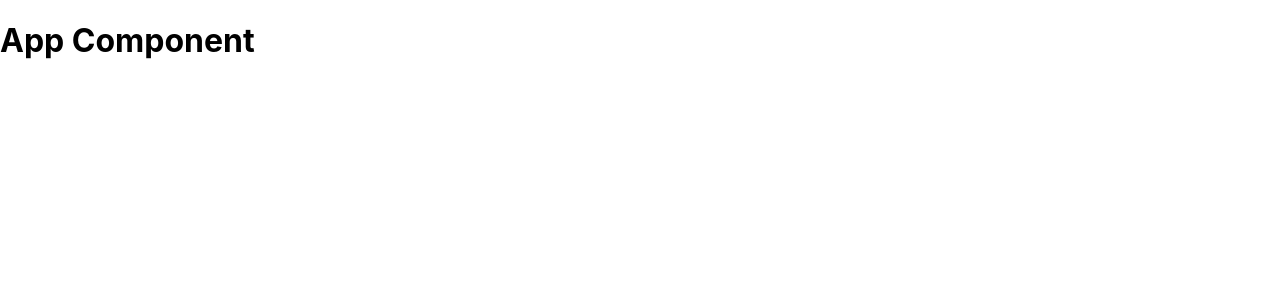
Repository: rizwan-zafar/boxers
Page: /
The author's editor kept a copy of each file at every save. The page is drawn from the files as they stood at one save, then again after a run of saves.
The browser window is 1280 px wide. The pictures show the whole page.
The project was rebuilt for these pictures with package versions that can differ from the ones it lists, and the page was loaded fresh each time.

Above is the page before, as saved 2022-11-22 07:41:33.

After the next 2 saves:
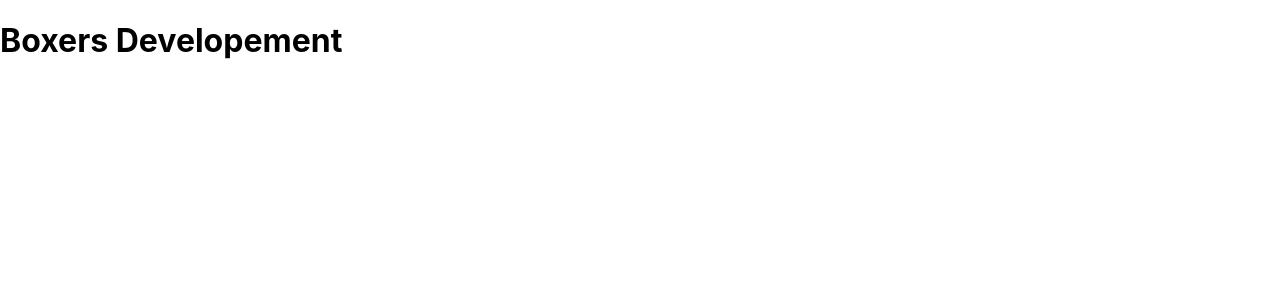
The 2 saves are shown as one change because they came seconds apart.
The last was saved 36 s later.
--- a/src/App.js
+++ b/src/App.js
@@ -1,7 +1,7 @@
 function App() {
   return (
     <div className="App">
-     <h1>App Component</h1>
+     <h1>Boxers Developement</h1>
     </div>
   );
 }
